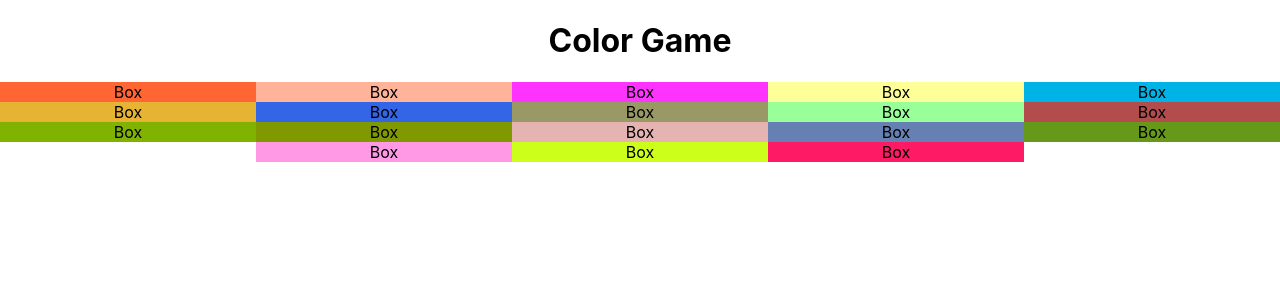
Repository: johnmutina/shades_of_blue
Page: /
The author's editor kept a copy of each file at every save. The page is drawn from the files as they stood at one save, then again after the next save.
The browser window is 1280 px wide. The pictures show the whole page.
The project was rebuilt for these pictures with package versions that can differ from the ones it lists, and the page was loaded fresh each time.

Above is the page before, as saved 2019-06-22 14:26:22.

### src/App.js
import React from 'react';
import ColorBoxes from './ColorBoxes';
import './App.css';

function App() {
  return (
    <div className="App">
      <ColorBoxes />
    </div>
  );
}

export default App;

### src/ColorBoxes.js
import React, { Component } from 'react';
import ColorBox from './ColorBox';

class ColorBoxes extends Component {
    constructor(props){
        super(props);
        this.state = {

        }
    }
    render(){
        let colorArr = ['#FF6633', '#FFB399', '#FF33FF', '#FFFF99', '#00B3E6', '#E6B333', '#3366E6', '#999966', '#99FF99', '#B34D4D', '#80B300', '#809900', '#E6B3B3', '#6680B3', '#66991A', '#FF99E6', '#CCFF1A', '#FF1A66'
        // '#E6331A', '#33FFCC', '#66994D', '#B366CC', '#4D8000', '#B33300', '#CC80CC', '#66664D', '#991AFF', '#E666FF', '#4DB3FF', '#1AB399', '#E666B3', '#33991A', '#CC9999', '#B3B31A', '#00E680', '#4D8066', '#809980', '#E6FF80', '#1AFF33', '#999933', '#FF3380', '#CCCC00', '#66E64D', '#4D80CC', '#9900B3', '#E64D66', '#4DB380', '#FF4D4D', '#99E6E6', '#6666FF'
    ];
        let idx = Math.floor(Math.random() * colorArr.length);
        return (
            <div>
                <h1>Color Game</h1>
                {colorArr.map(el => <ColorBox color={el} />)}
            </div>
        )
    }
}

export default ColorBoxes;

### src/ColorBox.js
import React, { Component } from 'react';
import './ColorBox.css';

class ColorBox extends Component {
    render(){
        return (
            <div className="ColorBox" style={{backgroundColor: this.props.color}}>Box</div>
        )
    }
}

export default ColorBox;

### src/ColorBox.css
.ColorBox {
    display: inline-block;
    width: 20%;
}

Loaded but not shown: public/index.html (common file); src/index.js (common file); src/index.css (common file); src/serviceWorker.js (common file); src/App.css (common file)

After the next save:
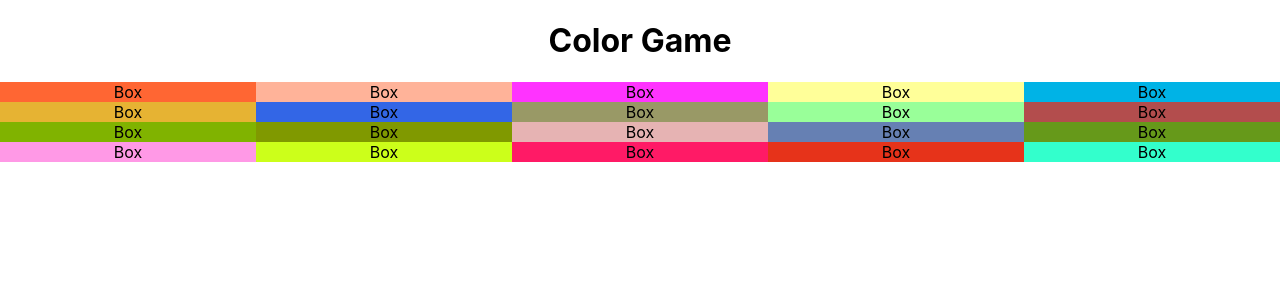
Saved 26 s later.
--- a/src/ColorBoxes.js
+++ b/src/ColorBoxes.js
@@ -9,8 +9,8 @@ class ColorBoxes extends Component {
         }
     }
     render(){
-        let colorArr = ['#FF6633', '#FFB399', '#FF33FF', '#FFFF99', '#00B3E6', '#E6B333', '#3366E6', '#999966', '#99FF99', '#B34D4D', '#80B300', '#809900', '#E6B3B3', '#6680B3', '#66991A', '#FF99E6', '#CCFF1A', '#FF1A66'
-        // '#E6331A', '#33FFCC', '#66994D', '#B366CC', '#4D8000', '#B33300', '#CC80CC', '#66664D', '#991AFF', '#E666FF', '#4DB3FF', '#1AB399', '#E666B3', '#33991A', '#CC9999', '#B3B31A', '#00E680', '#4D8066', '#809980', '#E6FF80', '#1AFF33', '#999933', '#FF3380', '#CCCC00', '#66E64D', '#4D80CC', '#9900B3', '#E64D66', '#4DB380', '#FF4D4D', '#99E6E6', '#6666FF'
+        let colorArr = ['#FF6633', '#FFB399', '#FF33FF', '#FFFF99', '#00B3E6', '#E6B333', '#3366E6', '#999966', '#99FF99', '#B34D4D', '#80B300', '#809900', '#E6B3B3', '#6680B3', '#66991A', '#FF99E6', '#CCFF1A', '#FF1A66', '#E6331A', '#33FFCC'
+        // , '#66994D', '#B366CC', '#4D8000', '#B33300', '#CC80CC', '#66664D', '#991AFF', '#E666FF', '#4DB3FF', '#1AB399', '#E666B3', '#33991A', '#CC9999', '#B3B31A', '#00E680', '#4D8066', '#809980', '#E6FF80', '#1AFF33', '#999933', '#FF3380', '#CCCC00', '#66E64D', '#4D80CC', '#9900B3', '#E64D66', '#4DB380', '#FF4D4D', '#99E6E6', '#6666FF'
     ];
         let idx = Math.floor(Math.random() * colorArr.length);
         return (
